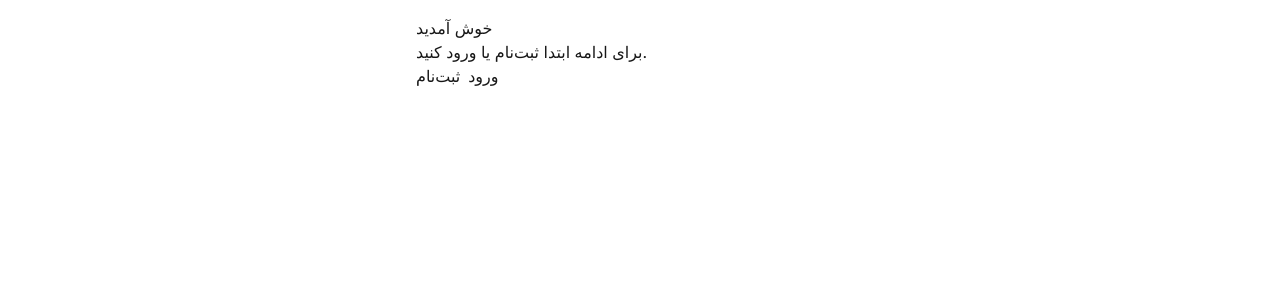
Repository: madmaxmehdi44/location-server
Page: /
The author's editor kept a copy of each file at every save. The page is drawn from the files as they stood at one save, then again after the next save.
The browser window is 1280 px wide. The pictures show the whole page.
The project was rebuilt for these pictures with package versions that can differ from the ones it lists, and the page was loaded fresh each time. The framework's server and built-in components were replaced by stand-ins that run in the browser. Also part of the build but not shown: next.config.ts.

Above is the page before, as saved 2025-08-08 23:58:13.

After the next save:
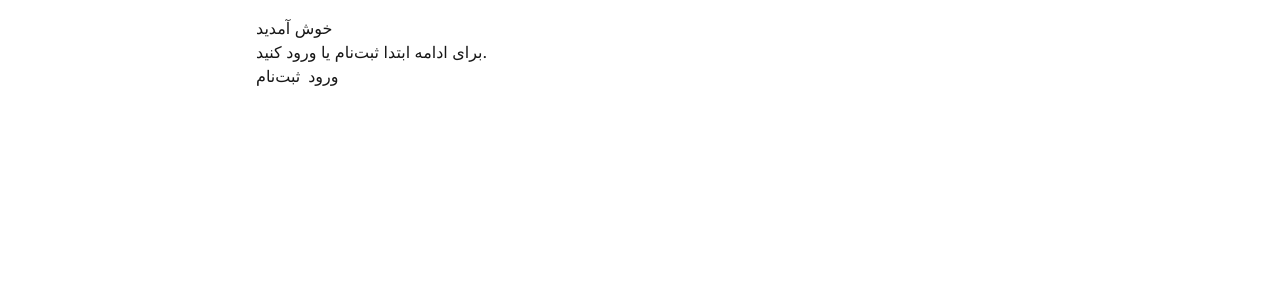
Saved 102 s later.
--- a/app/layout.tsx
+++ b/app/layout.tsx
@@ -1,22 +1,23 @@
 // app/layout.tsx
-import './globals.css';
-import { Inter } from 'next/font/google';
+import 'leaflet/dist/leaflet.css'
+import './globals.css'
+import { Inter } from 'next/font/google'
 
-const inter = Inter({ subsets: ['latin'] });
+const inter = Inter({ subsets: ['latin'] })
 
 export const metadata = {
   title: 'Location Tracker',
-  description: 'ثبت‌نام و ورود کاربران',
-};
+  description: 'داشبورد با نقشه و موقعیت کاربران',
+}
 
 export default function RootLayout({ children }: { children: React.ReactNode }) {
   return (
     <html lang="fa">
       <body className={inter.className}>
-        <main style={{ maxWidth: 480, margin: '0 auto', padding: 16 }}>
+        <main style={{ maxWidth: 800, margin: '0 auto', padding: 16 }}>
           {children}
         </main>
       </body>
     </html>
-  );
+  )
 }
